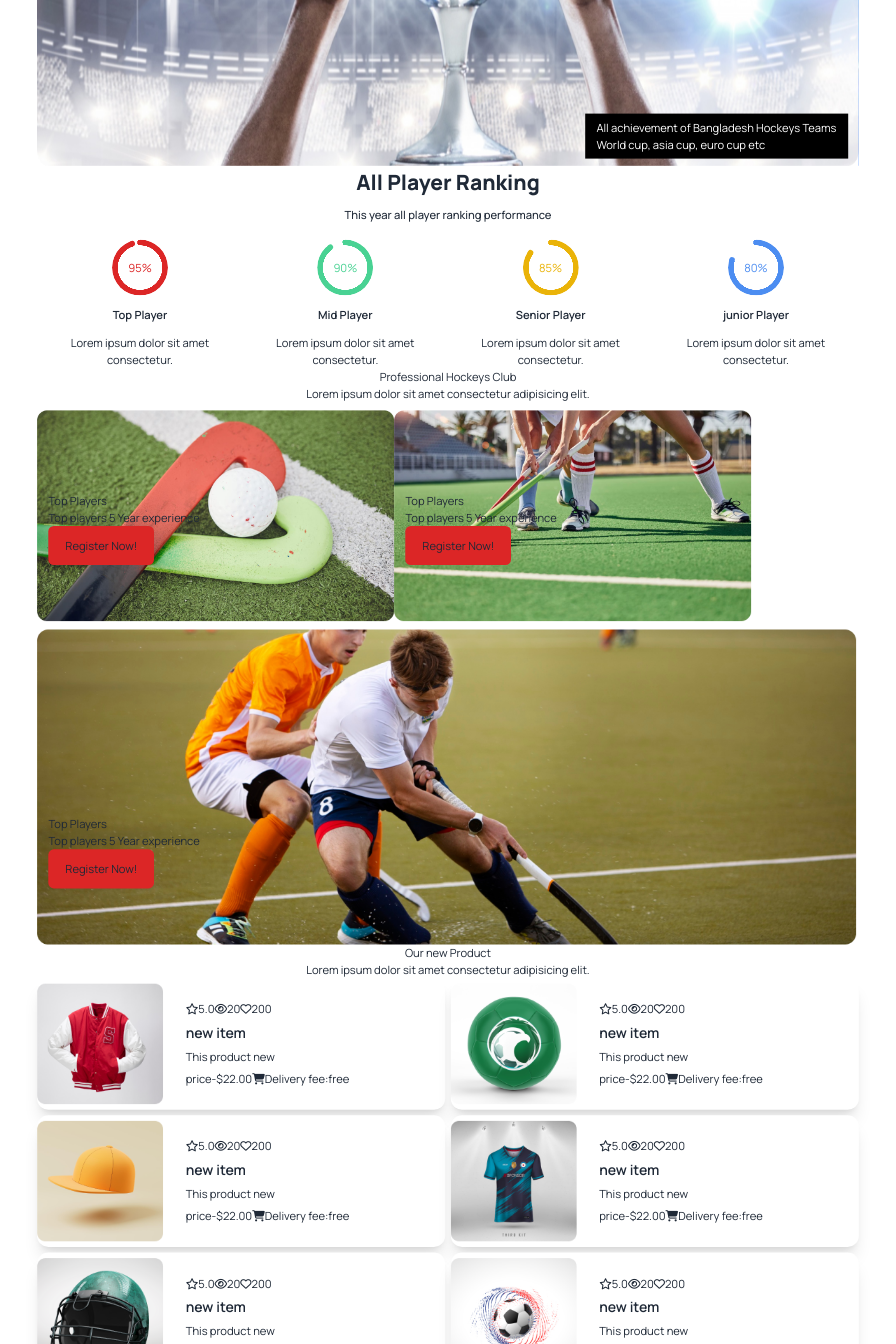
Repository: sumonkumarsarkar/bd-hockeys-team
Page: index.html
The author's editor kept a copy of each file at every save. The page is drawn from the files as they stood at one save, then again after the next save.
The browser window is 1280 px wide. The pictures show the part of the page from y = 595 to 2515 px (the page is 4169 px tall before and 4233 px after), at 70% of full size.
Some web libraries are served in a nearby version.

Above is the page before, as saved 2024-01-24 18:19:50.

### index.html
<!DOCTYPE html>
<html lang="en">
<head>
    <meta charset="UTF-8">
    <meta name="viewport" content="width=device-width, initial-scale=1.0">
    <title>BD Hockeys Team</title>
    <link rel="stylesheet" href="https://cdnjs.cloudflare.com/ajax/libs/font-awesome/6.5.1/css/all.min.css" integrity="sha512-DTOQO9RWCH3ppGqcWaEA1BIZOC6xxalwEsw9c2QQeAIftl+Vegovlnee1c9QX4TctnWMn13TZye+giMm8e2LwA==" crossorigin="anonymous" referrerpolicy="no-referrer" />
    <link rel="preconnect" href="https://fonts.googleapis.com">
<link rel="preconnect" href="https://fonts.gstatic.com" crossorigin>
<link href="https://fonts.googleapis.com/css2?family=Manrope:wght@400;500;600;700;800&display=swap" rel="stylesheet">
    <link href="https://cdn.jsdelivr.net/npm/daisyui@4.6.0/dist/full.min.css" rel="stylesheet" type="text/css" />
    <script src="https://cdn.tailwindcss.com"></script>

    <style>
        .manrope-font{
            font-family: 'Manrope', sans-serif;
        }
    </style>

</head>
<body class="manrope-font">
    <!-- header part start  -->
    <header class="w-11/12 mx-auto">
        <nav>
            <div class="navbar bg-base-100">
                <div class="navbar-start">
                  <div class="dropdown">
                    <div tabindex="0" role="button" class="btn btn-ghost lg:hidden">
                      <svg xmlns="http://www.w3.org/2000/svg" class="h-5 w-5" fill="none" viewBox="0 0 24 24" stroke="currentColor"><path stroke-linecap="round" stroke-linejoin="round" stroke-width="2" d="M4 6h16M4 12h8m-8 6h16" /></svg>
                    </div>
                    <ul tabindex="0" class="menu menu-sm dropdown-content mt-3 z-[1] p-2 shadow bg-base-100 rounded-box w-52">
                      <li><a>Home</a></li>
                      <li><a>About</a></li>
                      <li><a>Page</a></li>
                      <li><a>Blog</a></li>
                      <li><a>Contract</a></li>
                    </ul>
                  </div>
                  <a class="btn btn-ghost text-xl">BD Hockeys</a>
                </div>
                <div class="navbar-center hidden lg:flex">
                  <ul class="menu menu-horizontal px-1">
                    <li class="text-[#FF4240;]"><a>Home</a></li>
                      <li><a>About</a></li>
                      <li><a>Page</a></li>
                      <li><a>Blog</a></li>
                      <li><a>Contract</a></li>
                  </ul>
                </div>
                <div class="navbar-end">
                    <div type="search" class="btn btn-ghost btn-circle">
                        <svg xmlns="http://www.w3.org/2000/svg" class="h-5 w-5" fill="none" viewBox="0 0 24 24" stroke="currentColor"><path stroke-linecap="round" stroke-linejoin="round" stroke-width="2" d="M21 21l-6-6m2-5a7 7 0 11-14 0 7 7 0 0114 0z" /></svg>
                      </div>
                  <a class="btn bg-[#FF4240;]">Get Ticket</a>
                </div>
              </div>
        </nav>



      <!-- banner part start  -->

   <div class=" lg:relative">
    <div>
        <div class="carousel w-full">
            <div id="slide1" class="carousel-item relative w-full">
              <img src="./Images/1.png" class="w-full" alt="bd-hockey" />
              <div class="absolute flex justify-between transform -translate-y-1/2 left-5 right-5 top-1/2">
                <a href="#slide4" class="btn btn-circle">❮</a>
                <a href="#slide2" class="btn btn-circle">❯</a>
              </div>
            </div>
            <div id="slide2" class="carousel-item relative w-full">
              <img src="./Images/banner1.jpeg" class="w-full" alt="bd-hockey" />
              <div class="absolute flex justify-between transform -translate-y-1/2 left-5 right-5 top-1/2">
                <a href="#slide1" class="btn btn-circle">❮</a>
                <a href="#slide3" class="btn btn-circle">❯</a>
              </div>
            </div>
            <div id="slide3" class="carousel-item relative w-full">
              <img src="./Images/banner3.jpg" class="w-full" alt="bd-hockey" />
              <div class="absolute flex justify-between transform -translate-y-1/2 left-5 right-5 top-1/2">
                <a href="#slide2" class="btn btn-circle">❮</a>
                <a href="#slide4" class="btn btn-circle">❯</a>
              </div>
            </div>
            <div id="slide4" class="carousel-item relative w-full">
              <img src="./Images/banner2.jpg" class="w-full" alt="bd-hockey"/>
              <div class="absolute flex justify-between transform -translate-y-1/2 left-5 right-5 top-1/2">
                <a href="#slide3" class="btn btn-circle">❮</a>
                <a href="#slide1" class="btn btn-circle">❯</a>
              </div>
            </div>
          </div>
    </div>
    <div class="lg:absolute bottom-4 right-4">
        <div class="px-4 py-2 bg-black text-white">
            <h2>All achievement of Bangladesh Hockeys Teams</h2>
             <p>World cup, asia cup, euro cup etc</p>
        </div>
    </div>

   </div>

      <!-- banner part end  -->
    </header>
    <!-- header part end  -->




    <!-- main part start  -->
    <main class="w-11/12 mx-auto">
  <section class="bg-[#FFF] space-y-6">

       <div class="text-center space-y-4">
        <h2 class="font-extrabold text-3xl space-y-4">All Player Ranking</h2>
        <p class="font-medium">This year all player ranking performance</p>
       </div>

       <!-- card  -->

       <div class="flex flex-col lg:flex-row lg:justify-between bg-[#FFF]lg:p-6 ">
        <div class="text-center space-y-4">
         <div class="radial-progress text-red-600" style="--value:95;" role="progressbar">95%</div>
         <h3 class="font-semibold space-y-4">Top Player</h3>
         <p>Lorem ipsum dolor sit amet consectetur.</p>
        </div>
        <div class="text-center space-y-4">
            <div class="radial-progress text-[#49D293]" style="--value:90;" role="progressbar">90%</div>
            <h3 class="font-semibold space-y-4">Mid Player</h3>
            <p>Lorem ipsum dolor sit amet consectetur.</p>
        </div>
        <div class="text-center space-y-4">
            <div class="radial-progress text-yellow-500" style="--value:85;" role="progressbar">85%</div>
            <h3 class="font-semibold space-y-4">Senior Player</h3>
            <p>Lorem ipsum dolor sit amet consectetur.</p>
        </div>
        <div class="text-center space-y-4">
            <div class="radial-progress text-[#4C8DF1]" style="--value:80;" role="progressbar">80%</div>
            <h3 class="font-semibold space-y-4">junior Player</h3>
            <p>Lorem ipsum dolor sit amet consectetur.</p>
        </div>
       </div>
  </section>


   <section>

<!-- banner section start  -->
   <!-- text part  -->
   <div class="text-center">
    <h2>Professional Hockeys Club</h2>
    <p>Lorem ipsum dolor sit amet consectetur adipisicing elit.</p>
   </div>

 <!-- banner part  -->

<div class="grid grid-cols-1 lg:grid-cols-2 gap-2">

  <div class="flex flex-col lg:flex-row justify-between gap- my-3">


     <!-- banner -1  -->

     <div>
        <div class="relative">
            <div class="w-[510px]">
                <div><img src="./Images/2.png" alt=""></div>
             </div>
             <div class="absolute bottom-20 left-4">
                <h2>Top Players</h2>
                <p>Top players 5 Year experience </p>
                <button  class="py-4 px-6 rounded-lg bg-red-600" type="button">Register Now!</button>
             </div>
        </div>
     </div>




    <!-- banner -2  -->
 <div>
    <div class="relative">
        <div class="w-[510px]">
            <div><img src="./Images/3.png" alt=""></div>
         </div>
         <div class="absolute bottom-20 left-4">
            <h2>Top Players</h2>
            <p>Top players 5 Year experience </p>
            <button  class="py-4 px-6 rounded-lg bg-red-600" type="button">Register Now!</button>
         </div>
    </div>
 </div>



  </div>


 </div>





 <!-- banner -3  -->

    <div class="relative col-span-2">
        <div>
            <div><img src="./Images/4.png" alt=""></div>
         </div>
         <div class=" absolute bottom-10 lg:bottom-20 left-4">
            <h2>Top Players</h2>
            <p>Top players 5 Year experience </p>
            <button  class="py-4 px-6 rounded-lg bg-red-600" type="button">Register Now!</button>
         </div>
    </div>

</div>
   </section>


<!-- our product start  -->
<section>

    <div class="text-center">
        <h2>Our new Product</h2>
        <p>Lorem ipsum dolor sit amet consectetur adipisicing elit.</p>
       </div>

<div class="grid grid-cols-1 lg:grid-cols-2 gap-2">
<!-- card -1  -->

<div class="card card-side bg-base-100 shadow-xl flex-col lg:flex-row">
    <figure><img src="./Images/5.png" alt="T-shirt"/></figure>
    <div class="card-body">
        <div class="flex">
            <div><i class="fa-regular fa-star"></i></div>
            <div><h4>5.0</h4></div>
            <div><i class="fa-regular fa-eye"></i></div>
            <div>20</div>
            <div><i class="fa-regular fa-heart"></i></div>
            <div>200</div>
          </div>
      <h2 class="card-title">new item </h2>
      <p>This product new</p>
      <div class="flex">
        <div>
            <h2>price-$22.00</h2>
        </div>
        <div class="flex">
            <div><i class="fa-solid fa-cart-shopping"></i></div>
            <div><h4>Delivery fee:free</h4></div>
        </div>
      </div>
    </div>
  </div>


  <!-- card -2  -->

  <div class="card card-side bg-base-100 shadow-xl flex-col lg:flex-row">
    <figure><img src="./Images/6.png" alt="T-shirt"/></figure>
    <div class="card-body">
        <div class="flex">
            <div><i class="fa-regular fa-star"></i></div>
            <div><h4>5.0</h4></div>
            <div><i class="fa-regular fa-eye"></i></div>
            <div>20</div>
            <div><i class="fa-regular fa-heart"></i></div>
            <div>200</div>
          </div>
      <h2 class="card-title">new item </h2>
      <p>This product new</p>
      <div class="flex">
        <div>
            <h2>price-$22.00</h2>
        </div>
        <div class="flex">
            <div><i class="fa-solid fa-cart-shopping"></i></div>
            <div><h4>Delivery fee:free</h4></div>
        </div>
      </div>
    </div>
  </div>

<!-- card -3  -->


<div class="card card-side bg-base-100 shadow-xl flex-col lg:flex-row">
    <figure><img src="./Images/7.png" alt="T-shirt"/></figure>
    <div class="card-body">
        <div class="flex">
            <div><i class="fa-regular fa-star"></i></div>
            <div><h4>5.0</h4></div>
            <div><i class="fa-regular fa-eye"></i></div>
            <div>20</div>
            <div><i class="fa-regular fa-heart"></i></div>
            <div>200</div>
          </div>
      <h2 class="card-title">new item </h2>
      <p>This product new</p>
      <div class="flex">
        <div>
            <h2>price-$22.00</h2>
        </div>
        <div class="flex">
            <div><i class="fa-solid fa-cart-shopping"></i></div>
            <div><h4>Delivery fee:free</h4></div>
        </div>
      </div>
    </div>
  </div>


  <!-- card -4  -->


  <div class="card card-side bg-base-100 shadow-xl flex-col lg:flex-row">
    <figure><img src="./Images/8.png" alt="T-shirt"/></figure>
    <div class="card-body">
        <div class="flex">
            <div><i class="fa-regular fa-star"></i></div>
            <div><h4>5.0</h4></div>
            <div><i class="fa-regular fa-eye"></i></div>
            <div>20</div>
            <div><i class="fa-regular fa-heart"></i></div>
            <div>200</div>
          </div>
      <h2 class="card-title">new item </h2>
      <p>This product new</p>
      <div class="flex">
        <div>
            <h2>price-$22.00</h2>
        </div>
        <div class="flex">
            <div><i class="fa-solid fa-cart-shopping"></i></div>
            <div><h4>Delivery fee:free</h4></div>
        </div>
      </div>
    </div>
  </div>


   <!-- card -5  -->


   <div class="card card-side bg-base-100 shadow-xl flex-col lg:flex-row">
    <figure><img src="./Images/9.png" alt="T-shirt"/></figure>
    <div class="card-body">
        <div class="flex">
            <div><i class="fa-regular fa-star"></i></div>
            <div><h4>5.0</h4></div>
            <div><i class="fa-regular fa-eye"></i></div>
            <div>20</div>
            <div><i class="fa-regular fa-heart"></i></div>
            <div>200</div>
          </div>
      <h2 class="card-title">new item </h2>
      <p>This product new</p>
      <div class="flex">
        <div>
            <h2>price-$22.00</h2>
        </div>
        <div class="flex">
            <div><i class="fa-solid fa-cart-shopping"></i></div>
            <div><h4>Delivery fee:free</h4></div>
        </div>
      </div>
    </div>
  </div>


   <!-- card -6  -->


   <div class="card card-side bg-base-100 shadow-xl flex-col lg:flex-row">
    <figure><img src="./Images/10.png" alt="T-shirt"/></figure>
    <div class="card-body">
        <div class="flex">
            <div><i class="fa-regular fa-star"></i></div>
            <div><h4>5.0</h4></div>
            <div><i class="fa-regular fa-eye"></i></div>
            <div>20</div>
            <div><i class="fa-regular fa-heart"></i></div>
            <div>200</div>
          </div>
      <h2 class="card-title">new item </h2>
      <p>This product new</p>
      <div class="flex">
        <div>
            <h2>price-$22.00</h2>
        </div>
        <div class="flex">
            <div><i class="fa-solid fa-cart-shopping"></i></div>
            <div><h4>Delivery fee:free</h4></div>
        </div>
      </div>
    </div>
  </div>

       </div>
</section>


<!-- our product end  -->


<!-- Question part start  -->

<section>

    <div class="text-center">
        <h2>client Question</h2>
        <p>Lorem ipsum dolor sit amet consectetur.</p>
       </div>


       <div class="flex flex-col lg:flex-row justify-around">

        <div>
            <img src="./Images/11.png" alt="">
        </div>
        <div>
            <div class="collapse collapse-plus bg-base-200 p-1 m-1">
                <input type="radio" name="my-accordion-3" checked="checked"/>
                <div class="collapse-title text-xl font-medium">
                  Click to open this one and close others
                </div>
                <div class="collapse-content">
                  <p>hello</p>
                </div>
              </div>
              <div class="collapse collapse-plus bg-base-200 p-1 m-1">
                <input type="radio" name="my-accordion-3" />
                <div class="collapse-title text-xl font-medium">
                  Click to open this one and close others
                </div>
                <div class="collapse-content">
                  <p>hello</p>
                </div>
              </div>
              <div class="collapse collapse-plus bg-base-200 p-1 m-1">
                <input type="radio" name="my-accordion-3" />
                <div class="collapse-title text-xl font-medium">
                  Click to open this one and close others
                </div>
                <div class="collapse-content">
                  <p>hello</p>
                </div>
              </div>
              <div class="collapse collapse-plus bg-base-200 p-1 m-1">
                <input type="radio" name="my-accordion-3" />
                <div class="collapse-title text-xl font-medium">
                  Click to open this one and close others
                </div>
                <div class="collapse-content">
                  <p>hello</p>
                </div>
              </div>
              <div class="collapse collapse-plus bg-base-200 p-1 m-1">
                <input type="radio" name="my-accordion-3" />
                <div class="collapse-title text-xl font-medium">
                  Click to open this one and close others
                </div>
                <div class="collapse-content">
                  <p>hello</p>
                </div>
              </div>
              <div class="collapse collapse-plus bg-base-200 p-1 m-1">
                <input type="radio" name="my-accordion-3" />
                <div class="collapse-title text-xl font-medium">
                  Click to open this one and close others
                </div>
                <div class="collapse-content">
                  <p>hello</p>
                </div>
              </div>

        </div>
       </div>

</section>
<!-- Question part end  -->

<!-- Get In Touch part start  -->
<section class="my-6">


    <div class="text-center bg-[#FFF] my-6"">
        <h2 class="font-extrabold text-[ #FFF;] text-lg">Form Details</h2>
        <p class="font-medium">Give The All Information</p>
       </div>

<div class="flex flex-col lg:flex-row justify-around">


    <div>

        <!-- card-1  -->
        <div class="drop-shadow-xl bg-green-50 w-[500px] h-50 pt-10 ps-10 my-6">
            <div class="p-2"><img src="./Images/Group 1171275317.png" alt=""></div>
            <p class="p-2">Phone Number</p>
            <p class="p-2 text-[#131318;]">01726930243</p>
             </div>
              <!-- card-2  -->
             <div class="drop-shadow-xl bg-yellow-50 w-[500px] h-50 pt-10 ps-10">
            <div><img src="./Images/Group 1171275318.png" alt=""></div>
            <p class="p-2">Email</p>
            <p class="p-2">sumonpgcb@email.com</p>
             </div>
              <!-- card-3 -->
             <div class="drop-shadow-xl bg-slate-100 w-[500px] h-50 pt-10 ps-10 my-6">
            <div><img src="./Images/Group 1171275321.png" alt=""></div>
            <p class="p-2">Phone Number</p>
            <p class="p-2">01726930243</p>
             </div>

    </div>


 <!-- form part  -->
<div class="grid grid-cols-1 lg:grid-cols-2 gap-2">

<!-- for name  -->
<div class="col-span-1">
    <form class="space-y-5" >
        <label for="Name" class="font-bold text-xl">Your Name</label><br>
        <input class=" w-[500px] lg:w-[250px] p-4 rounded-md bg-slate-100" type="text" name="Name" id="" pattern="type Name" placeholder="Enter Your full Name">
    </form>
</div>
<!-- for mail  -->
<div class="col-span-1">
    <form class="space-y-5">
        <label for="Name" class="font-bold text-xl">Your Mail</label><br>
        <input class=" w-[500px] lg:w-[250px] p-4 rounded-md bg-slate-100" type="text" name="Name" id="" pattern="type mail" placeholder="Enter Your Mail">
    </form>
</div>
<!-- for subject  -->
<div class="col-span-1">
    <form class="space-y-5">
        <label for="Name" class="font-bold text-xl">Subject</label><br>
        <input class=" w-[500px] lg:w-[250px] p-4 rounded-md bg-slate-100" type="text" name="Name" id="" pattern="type subject" placeholder="Enter Your Subject">
    </form>
</div>
<!-- for Phone number  -->
<div class="col-span-1">
    <form class="space-y-5">
        <label for="number" class="font-bold text-xl">Phone Number</label><br>
        <input class=" w-[500px] lg:w-[250px] p-4 rounded-md bg-slate-100" type="text" name="Name" id="" pattern="type subject" placeholder="Enter Your Number">
    </form>
</div>
<div class="lg:col-span-2">
    <form class="space-y-2">
        <label for="number" class="font-bold text-xl">Message</label><br>
        <textarea class="w-[500px] lg:w-[550px] p-4 h-60 rounded-md bg-slate-100" name=" message" id="" placeholder="Enter Your Message"></textarea>
    </form>
</div>
<div class="lg:col-span-2">
    <button class="p-2 bg-red-600  w-[500px] lg:w-[550px] rounded-md" type="button">Send message</button>
</div>





    </div>




</div>














<!-- Get In Touch part end  -->




   <!-- banner section end  -->

   <!-- social media  part start  -->
<section>

    <div class="my-6 bg-slate-100">
        <div class="text-center">
            <h2 class="pt-8 font-extrabold text-lg">FOLLOW US ON SOCIAL MEDIA</h2>
        </div>
            <div class="flex justify-center items-center p-2">
             <div class="p-2"><i class="fa-brands fa-facebook"></i></div>
             <div class="p-2"><i class="fa-brands fa-twitter"></i></div>
             <div class="p-2"><i class="fa-brands fa-instagram"></i></div>
             <div class="p-2"><i class="fa-brands fa-linkedin"></i></div>
            </div>

    </div>

</section>


   <!-- social media  part end  -->

    </main>
        <!-- main part end  -->

<!-- footer part start  -->
        <footer class="w-full mx-auto bg-black">

            <div class="flex flex-col lg:flex-row justify-around text-white">

                <div class="text-center p-10">
                    <div>
                        <h2>Contract Us</h2>
                        <p>All information In Here</p>
                    </div>
                     <div>
                        <h2><span class="text-red-600 m-2"><i class="fa-solid fa-envelope"></i></span>sumonis4u@gmail.com</h2>
                        <h2> <span class="text-red-600 m-2"><i class="fa-solid fa-phone"></i></i></span>01726930243</h2>
                     </div>
                  </div>

                 <!-- part-2  -->

                 <div>

                    <div class="flex justify-center lg:justify-between">
                        <div class=" ps-6 lg:p-8">
                            <h2 class="font-extrabold text-[ #FFF;] text-lg">Our achievement</h2>

                            <p>Asia Cup-1992</p>
                            <p class="font-medium text-[rgba(255, 255, 255, 0.60);] text-lg">India Cup-2012</p>
                            <p class="font-medium text-[rgba(255, 255, 255, 0.60);] text-lg">Euro Cup-2021</p>
                        </div>
                        <div class=" ps-6 lg:p-8">
                            <h2 class="font-extrabold text-[ #FFF;] text-lg">Our Teams</h2>
                            <p class="font-medium text-[rgba(255, 255, 255, 0.60);] text-lg">Mens Team</p>
                            <p class="font-medium text-[rgba(255, 255, 255, 0.60);] text-lg">Ladies Team</p>
                            <p class="font-medium text-[rgba(255, 255, 255, 0.60);] text-lg">Junior Team</p>

                        </div>
                     </div>
                 </div>



                 <!-- part-3  -->

        <div class=" text-center lg:p-10">
            <div>
                <h2 class="font-extrabold text-[ #FFF;] text-lg">Team Information</h2>
                <p class="font-medium text-[rgba(255, 255, 255, 0.60);] text-lg">Top player experience 10 year</p>
                <p class="font-medium text-[rgba(255, 255, 255, 0.60);] text-lg">Medium player experience 8year </p>
                <p class="font-medium text-[rgba(255, 255, 255, 0.60);] text-lg">Maximum player experience 5year</p>
            </div>
        </div>



            </div>



        </footer>
        <!-- footer part start  -->
</body>
</html>

After the next save:
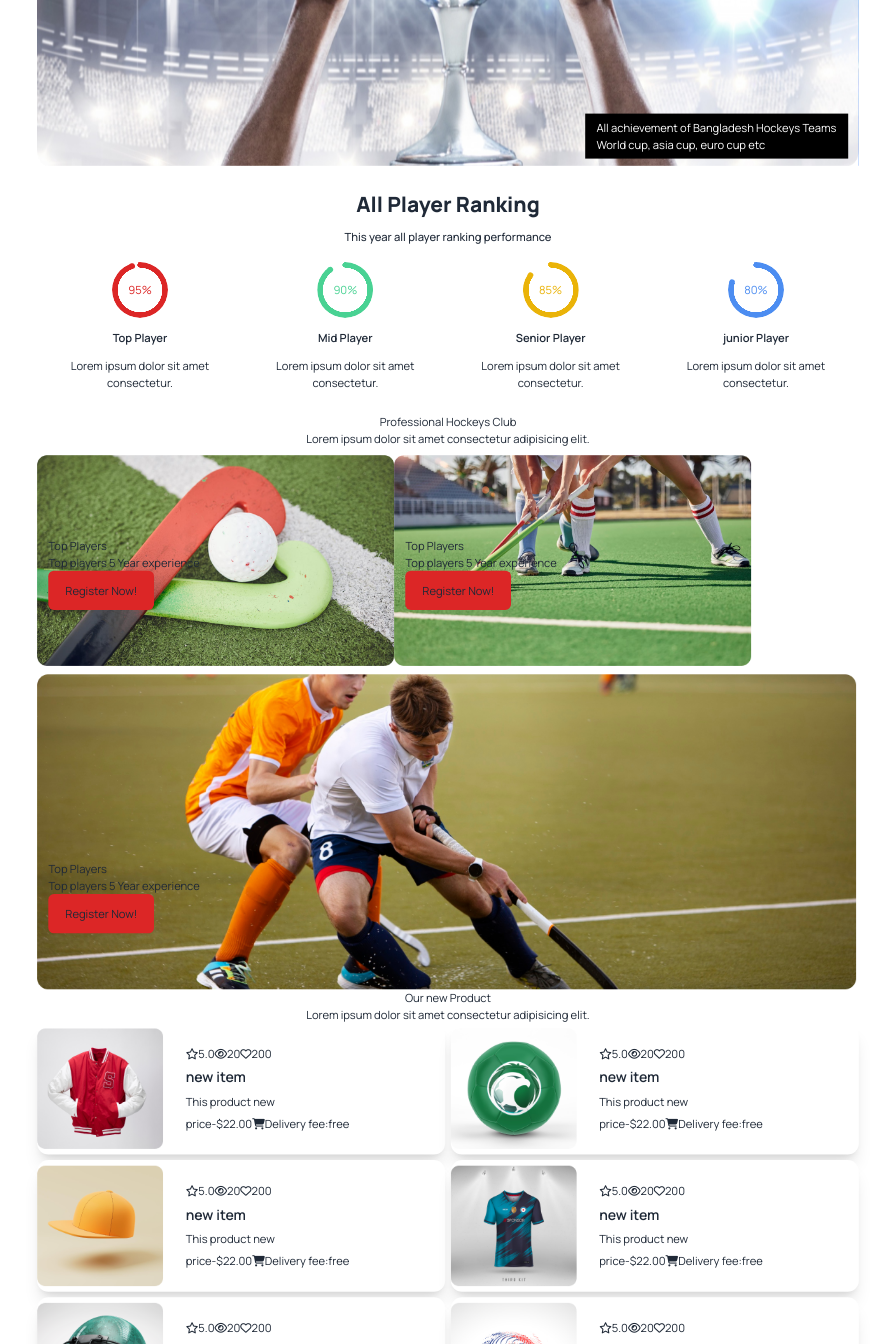
Saved 27 s later.
--- a/index.html
+++ b/index.html
@@ -111,7 +111,7 @@
 
     <!-- main part start  -->
     <main class="w-11/12 mx-auto">
-  <section class="bg-[#FFF] space-y-6">
+  <section class="bg-[#FFF] space-y-6 my-8">
 
        <div class="text-center space-y-4">
         <h2 class="font-extrabold text-3xl space-y-4">All Player Ranking</h2>
